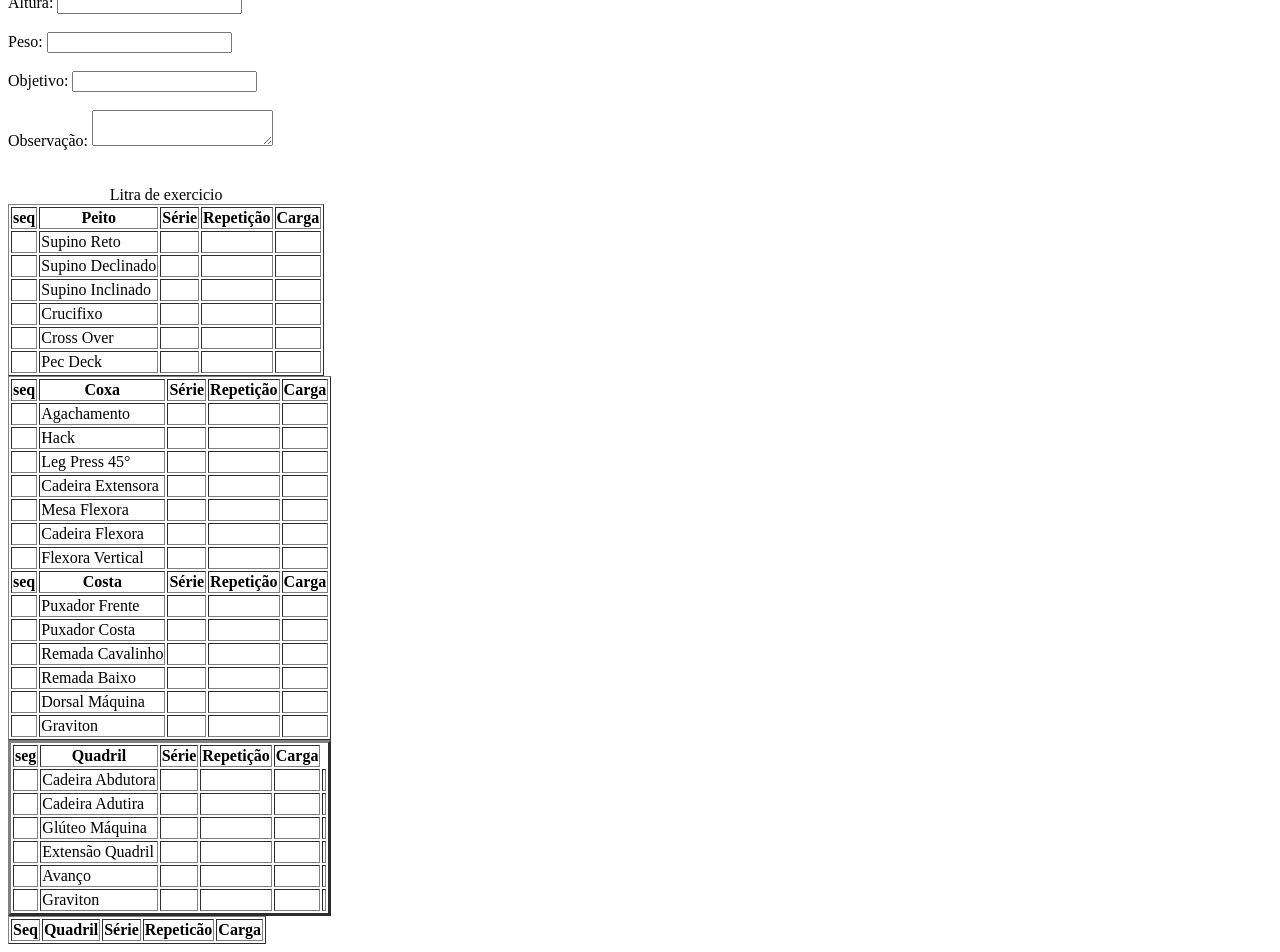
Repository: luisjonson/ProjetoWebAcademia
Page: Projeto_Web/RepositorioWebProject/WebContent/FichaAluno.html
An editor plug-in stored every save of this project. The page is shown before and after the next save, followed by the edit.
The browser window is 1280 px wide. The pictures show the part of the page from y = 496 to 1448 px (the page is 1448 px tall before and 1432 px after).
A picture or video elsewhere on the page could not be fetched, so the positions and the page height are approximate.

Above is the page before, as saved 2017-04-06 01:19:12.

### Projeto_Web/RepositorioWebProject/WebContent/FichaAluno.html
<!DOCTYPE html>
<html>
<head>
<meta charset="utf-8">
<title>Insert title here</title>
</head>

<figure>
	<img alt="Smart-Fit"
		src="C:/Users/nano/workspace/Projeto_Web/RepositorioWebProject/WebContent/WEB-INF/Imagem/Smart.png">
</figure>

<body>



	<form action="Cadastro" method="post">



		<label>N° Aluno:</label><br>
		<br> <label>Nome: <input name="nome"></label><br>
		<br> <label>Telefone: <input name="telefone"></label><br>
		<br> <label>Data de Nascimento <input
			name="dataDeNascimento"></label><br>
		<br> <label>Altura: <input type="text" name="Altura"
			required></label><br>
		<br> <label>Peso: <input name="Peso"></label><br>
		<br> <label>Objetivo: <input name="objetivo"></label><br>
		<br> Observação:
		<textarea name="obsevação"></textarea>
	</form>
	<br>
	<br>

	<div class="table-responsive">
	<table class="table" border="1">

		<caption>Litra de exercicio</caption>

		<tr>
			<th>seq</th>
			<th>Peito</th>
			<th>Série</th>
			<th>Repetição</th>
			<th>Carga</th>
		</tr>


		<tr>
			<td></td>
			<td>Supino Reto</td>
			<td></td>
			<td></td>
			<td></td>
		</tr>

		<tr>
			<td></td>
			<td>Supino Declinado</td>
			<td></td>
			<td></td>
			<td></td>
		</tr>

		<tr>
			<td></td>
			<td>Supino Inclinado</td>
			<td></td>
			<td></td>
			<td></td>
		</tr>

		<tr>
			<td></td>
			<td>Crucifixo</td>
			<td></td>
			<td></td>
			<td></td>
		</tr>

		<tr>
			<td></td>
			<td>Cross Over</td>
			<td></td>
			<td></td>
			<td></td>
		</tr>

		<tr>
			<td></td>
			<td>Pec Deck</td>
			<td></td>
			<td></td>
			<td></td>
		</tr>

	</table>

	<table  class="table" border="1">

		<tr>
			<th>seq</th>
			<th>Coxa</th>
			<th>Série</th>
			<th>Repetição</th>
			<th>Carga</th>
		</tr>

		<tr>
			<td></td>
			<td>Agachamento</td>
			<td></td>
			<td></td>
			<td></td>
		</tr>

		<tr>
			<td></td>
			<td>Hack</td>
			<td></td>
			<td></td>
			<td></td>
		</tr>

		<tr>
			<td></td>
			<td>Leg Press 45°</td>
			<td></td>
			<td></td>
			<td></td>
		</tr>

		<tr>
			<td></td>
			<td>Cadeira Extensora</td>
			<td></td>
			<td></td>
			<td></td>
		</tr>

		<tr>
			<td></td>
			<td>Mesa Flexora</td>
			<td></td>
			<td></td>
			<td></td>
		</tr>

		<tr>
			<td></td>
			<td>Cadeira Flexora</td>
			<td></td>
			<td></td>
			<td></td>
		</tr>

		<tr>
			<td></td>
			<td>Flexora Vertical</td>
			<td></td>
			<td></td>
			<td></td>
		</tr>


			<tr>
				<th>seq</th>
				<th>Costa</th>
				<th>Série</th>
				<th>Repetição</th>
				<th>Carga</th>
			</tr>

			<tr>
				<td></td>
				<td>Puxador Frente</td>
				<td></td>
				<td></td>
				<td></td>
			</tr>

			<tr>
				<td></td>
				<td>Puxador Costa</td>
				<td></td>
				<td></td>
				<td></td>
			</tr>

			<tr>
				<td></td>
				<td>Remada Cavalinho</td>
				<td></td>
				<td></td>
				<td></td>
			</tr>

			<tr>
				<td></td>
				<td>Remada Baixo</td>
				<td></td>
				<td></td>
				<td></td>
			</tr>

			<tr>
				<td></td>
				<td>Dorsal Máquina</td>
				<td></td>
				<td></td>
				<td></td>
			</tr>

			<tr>
				<td></td>
				<td>Graviton</td>
				<td></td>
				<td></td>
				<td></td>
			</tr>
		</table>
	</table>

	<table border="3">

		<tr>
			<th>seg</th>
			<th>Quadril</th>
			<th>Série</th>
			<th>Repetição</th>
			<th>Carga</th>
		</tr>

		<tr>
			<td></td>
			<td>Cadeira Abdutora</td>
			<td></td>
			<td></td>
			<td></td>
			<td></td>
		</tr>
		<tr>
			<td></td>
			<td>Cadeira Adutira</td>
			<td></td>
			<td></td>
			<td></td>
			<td></td>
		</tr>

		<tr>
			<td></td>
			<td>Glúteo Máquina</td>
			<td></td>
			<td></td>
			<td></td>
			<td></td>
		</tr>

		<tr>
			<td></td>
			<td>Extensão Quadril</td>
			<td></td>
			<td></td>
			<td></td>
			<td></td>
		</tr>

		<tr>
			<td></td>
			<td>Avanço</td>
			<td></td>
			<td></td>
			<td></td>
			<td></td>
		</tr>

		<tr>
			<td></td>
			<td>Graviton</td>
			<td></td>
			<td></td>
			<td></td>
			<td></td>
		</tr>
	</table>

		<table  class="table" border="1" >

			<tr>
				<th>Seq</th>
				<th>Quadril</th>
				<th>Série</th>
				<th>Repeticão</th>
				<th>Carga</th>
			</tr>


		</table>
	</div>

</body>
</html>

After the next save:
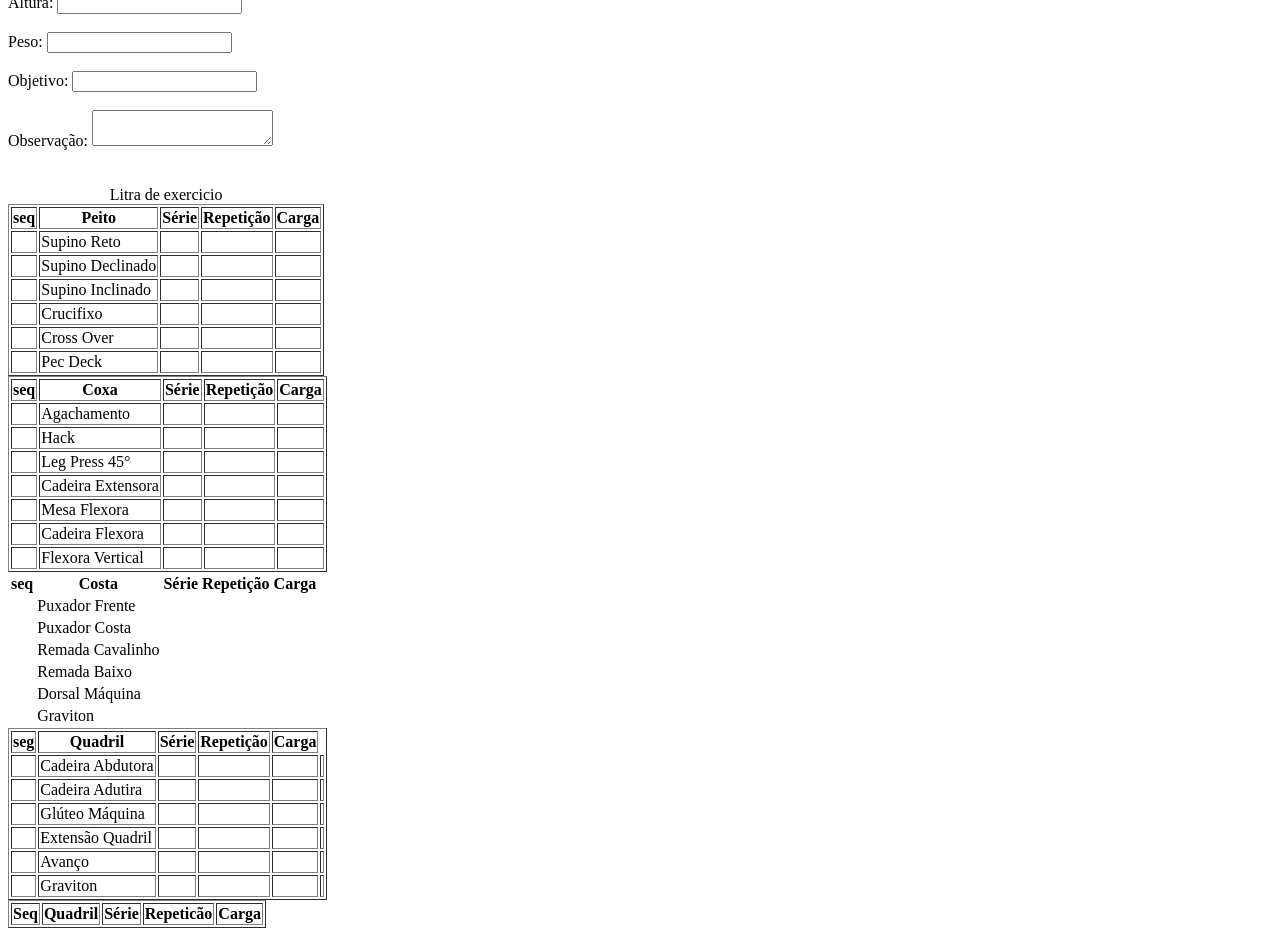
Saved 56 s later.
--- a/Projeto_Web/RepositorioWebProject/WebContent/FichaAluno.html
+++ b/Projeto_Web/RepositorioWebProject/WebContent/FichaAluno.html
@@ -163,7 +163,7 @@
 			<td></td>
 		</tr>
 
-
+	<table >
 			<tr>
 				<th>seq</th>
 				<th>Costa</th>
@@ -222,7 +222,7 @@
 		</table>
 	</table>
 
-	<table border="3">
+	<table border="1">
 
 		<tr>
 			<th>seg</th>
